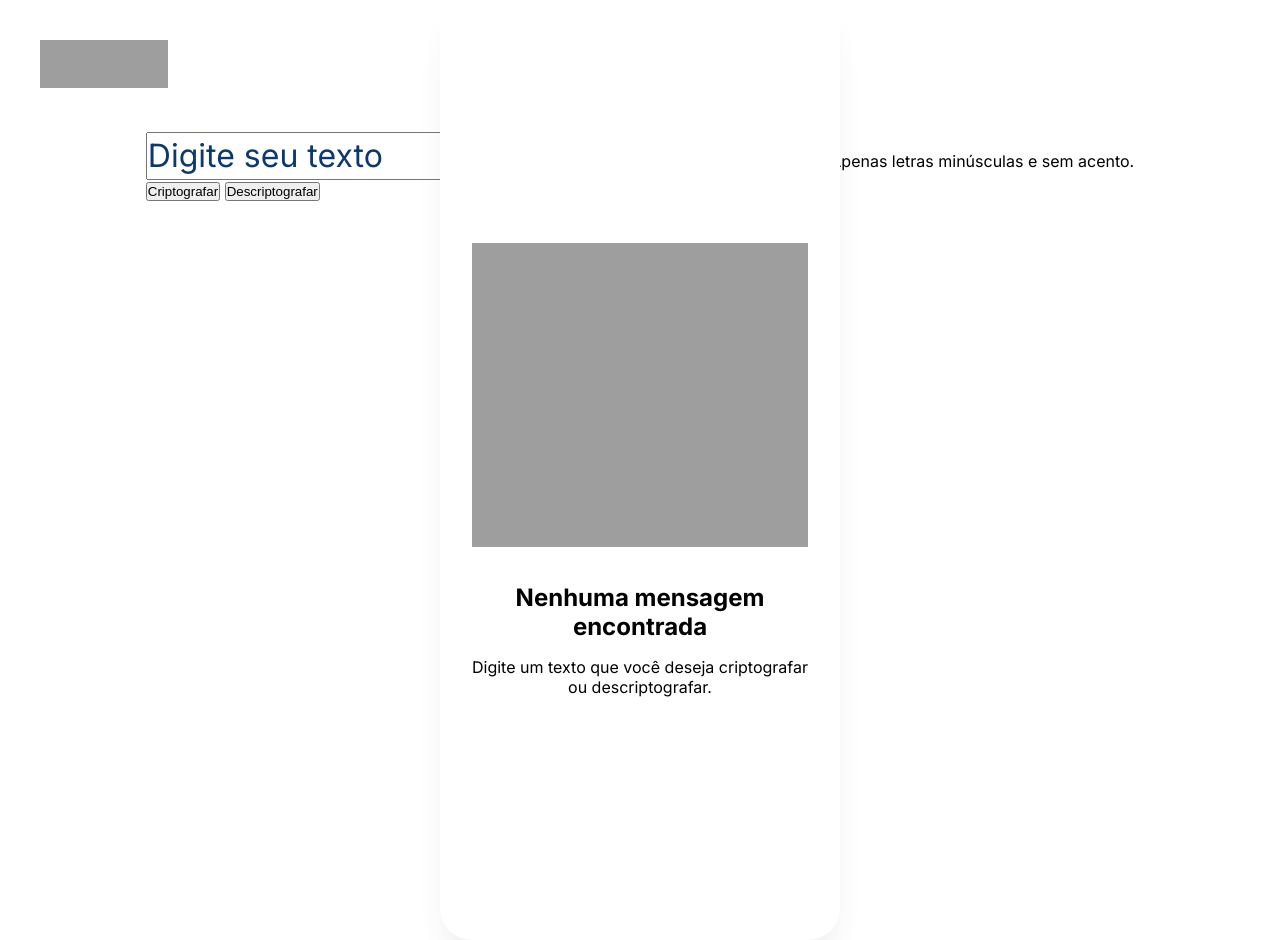
Repository: CarlosEduardoVdeOliveira/descodificador-de-texto
Page: index.html
An editor plug-in stored every save of this project. The page is shown before and after the next save, followed by the edit.
The browser window is 1280 px wide. The pictures show the whole page.
Pictures or frames that could not be fetched are drawn as grey boxes.

Above is the page before, as saved 2023-04-11 21:25:24.

After the next save:
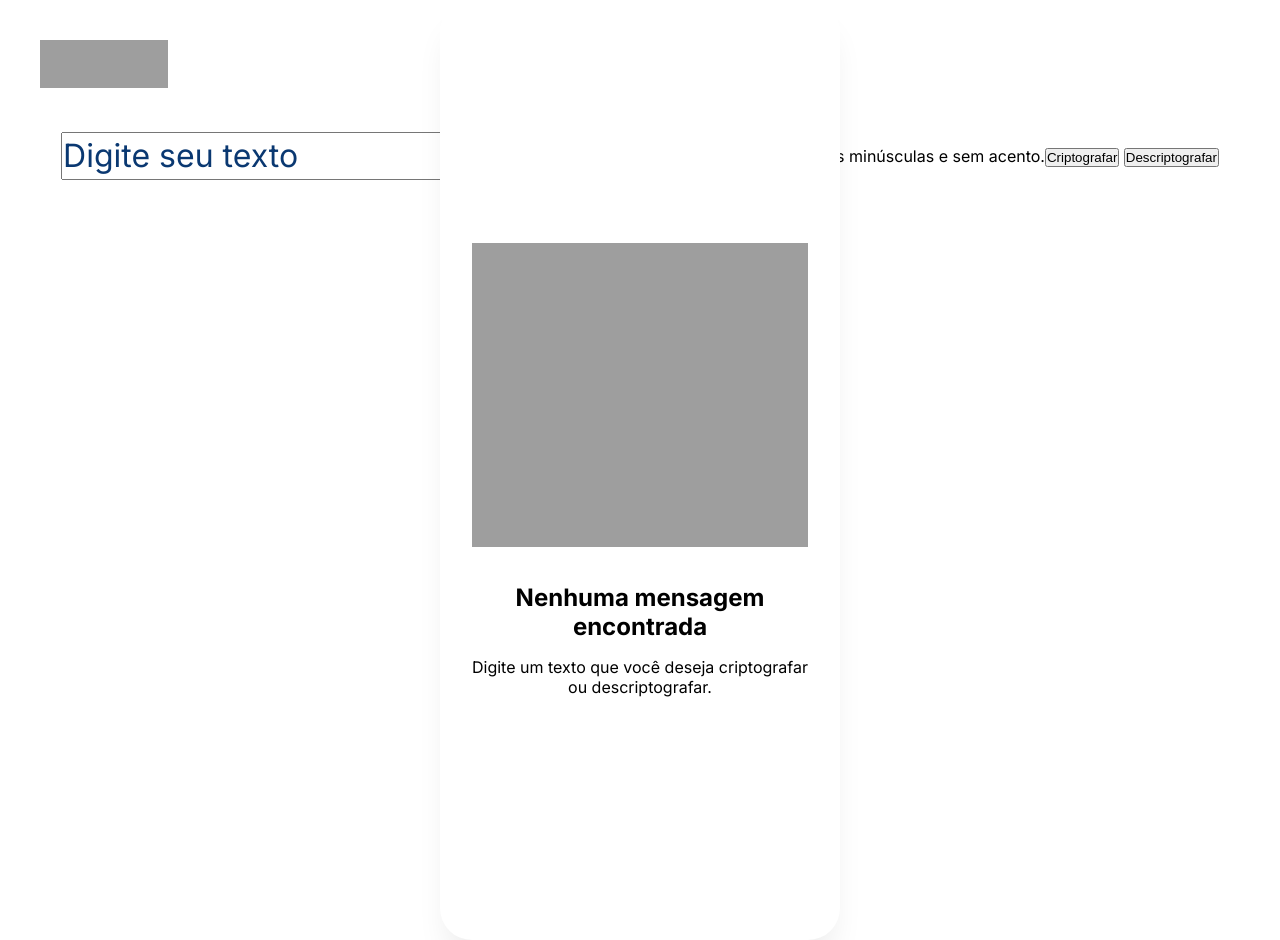
Saved 87 s later.
--- a/public/styles/index.css
+++ b/public/styles/index.css
@@ -15,6 +15,11 @@ main{
    justify-content: space-around;
    align-items: self-start;
    margin: 0 auto;
+}
+.frist-area{
+   display: flex;
+   justify-content: center;
+   align-items: center;
 }
 input{
    width: 680px;
